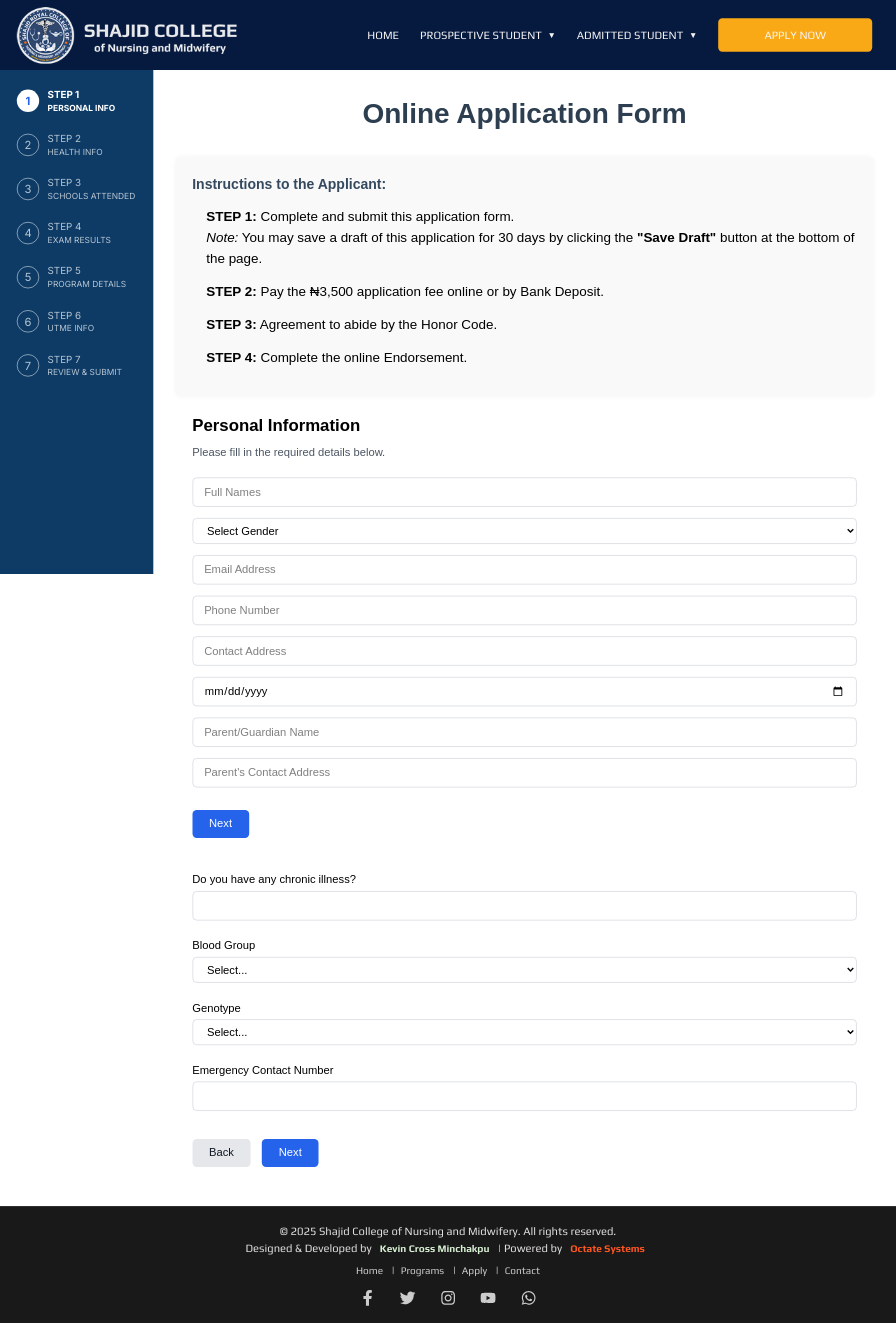
Repository: GlorifiedIntel/shajid-sms
Page: /apply
These files come from the project's save history. The page is drawn as it stood at one moment and after the next save; the edit follows.
The browser window is 1280 px wide. The pictures show the whole page, at 70% of full size.
The page's requests for data from a server got no answer. The project was rebuilt for these pictures with package versions that can differ from the ones it lists, and the page was loaded fresh each time. The framework's server and built-in components were replaced by stand-ins that run in the browser. No one was signed in, and anything a server would have sent is missing. Also part of the build but not shown: next.config.mjs.

Above is the page before, as saved 2025-07-04 13:02:59.

After the next save:
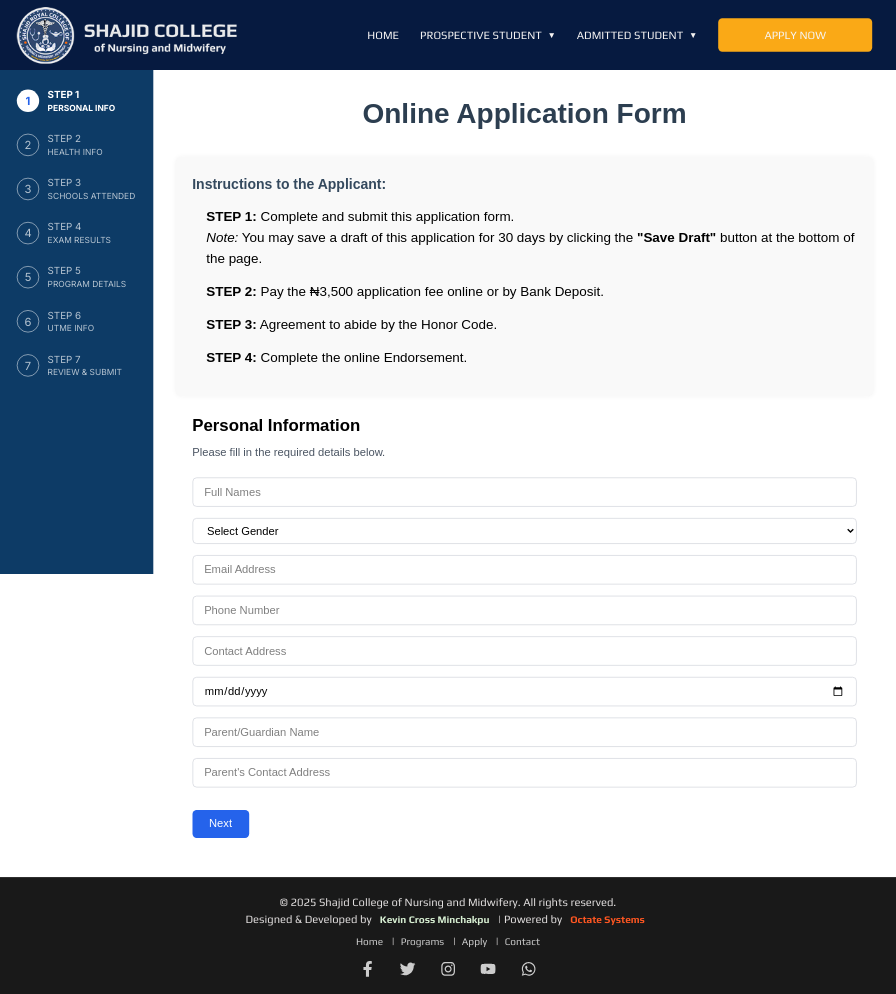
Saved 81 s later.
--- a/src/app/apply/page.js
+++ b/src/app/apply/page.js
@@ -3,7 +3,6 @@
 import { FormProvider } from "@/context/FormContext";
 import Sidebar from "@/components/Sidebar";
 import PersonalInfo from "@/components/steps/PersonalInfo";
-import HealthInfo from "@/components/steps/HealthInfo"
 import styles from "./applicationform.module.css";
 
 export default function ApplyPage() {
@@ -37,8 +36,7 @@ export default function ApplyPage() {
             </div>
 
             <PersonalInfo />
-            <HealthInfo />
-          </div>
+            </div>
         </div>
       </FormProvider>
      </>
